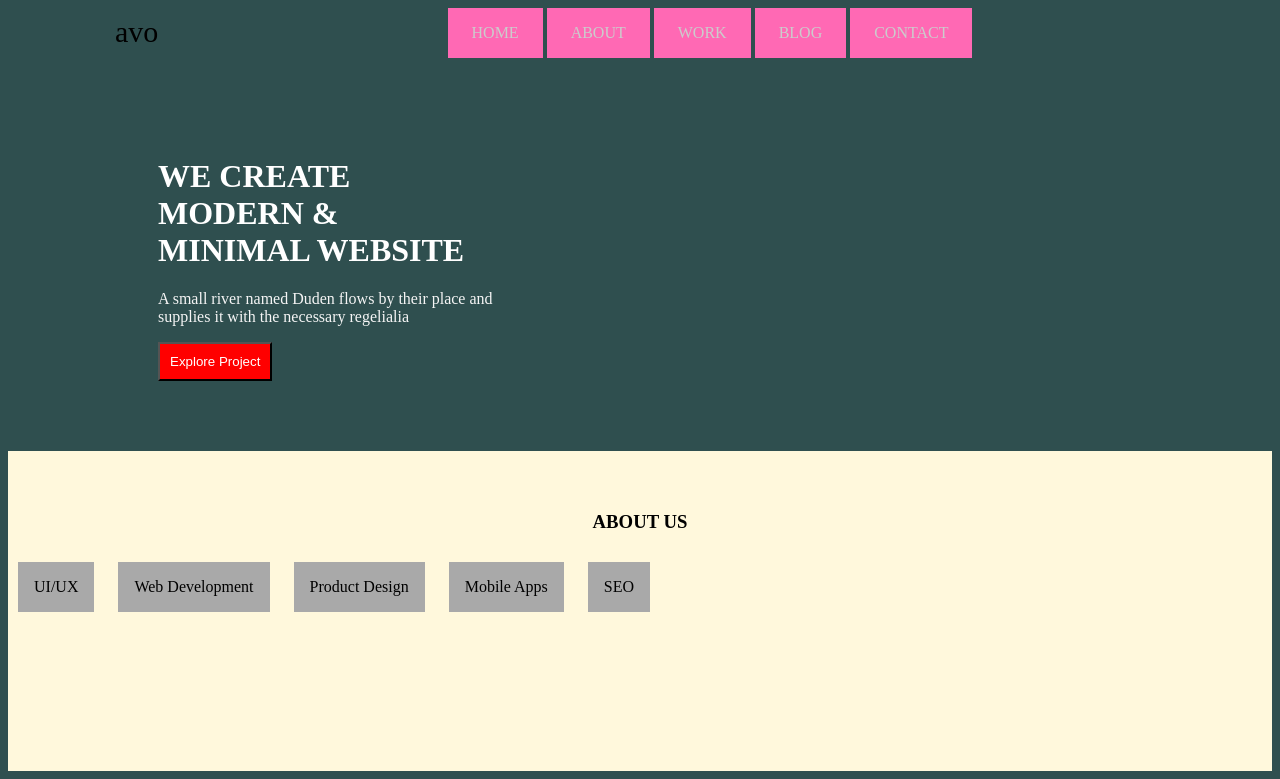
Repository: Tobby004/AVO-Template
Page: avo.html
These files come from the project's save history. The page is drawn as it stood at one moment and after the next save; the edit follows.
The browser window is 1280 px wide. The pictures show the whole page.

Above is the page before, as saved 2023-03-29 09:54:54.

After the next save:
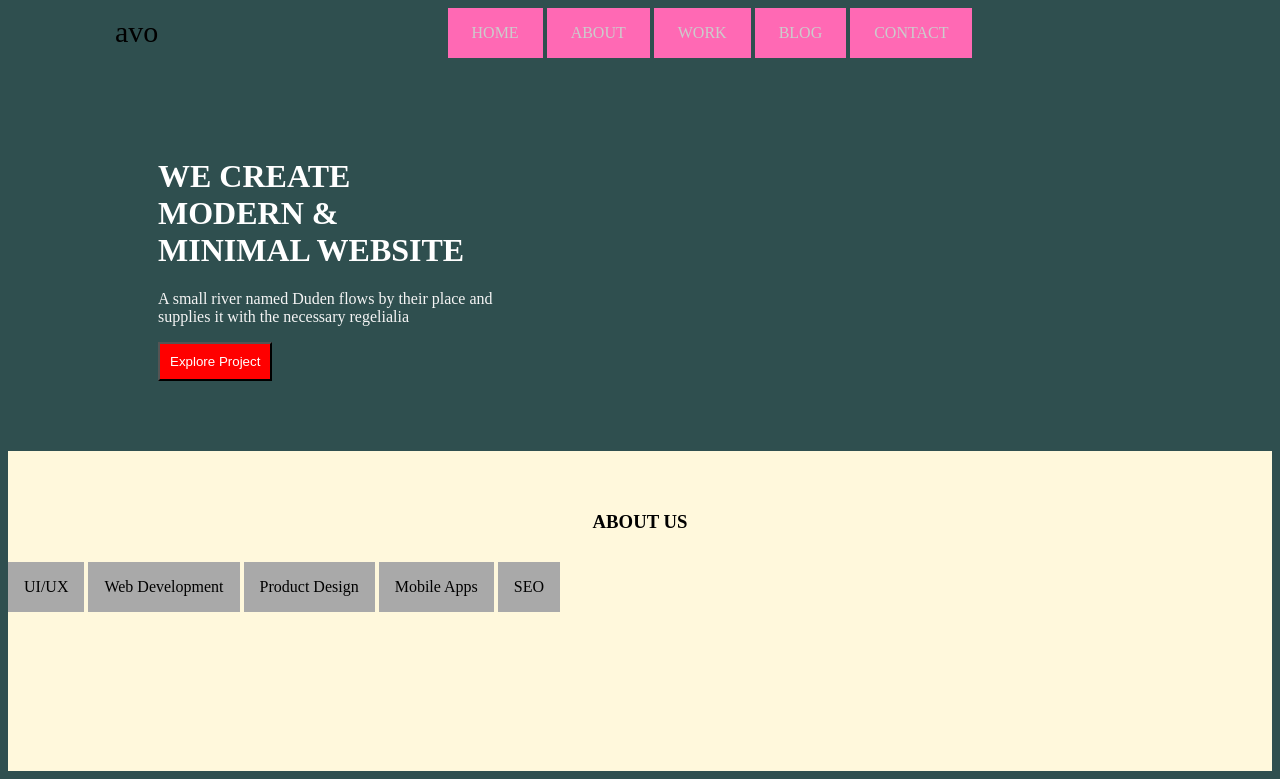
Saved 73 s later.
--- a/avo.css
+++ b/avo.css
@@ -53,5 +53,6 @@ section div {
     margin: 10px;
     padding: 1rem;
     background: darkgray;
-    justify-content: center;
+    margin-left: auto;
+    margin-right: auto;
 }
